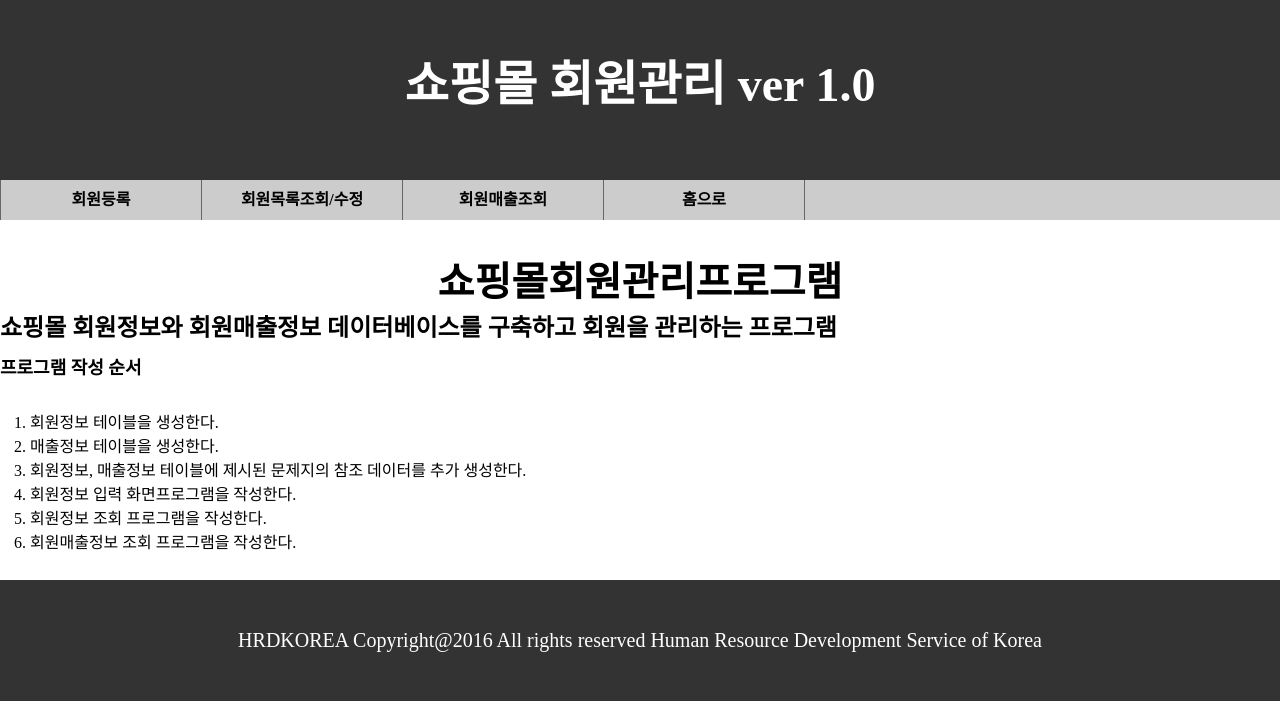
Repository: jsky1234/NCS
Page: http://localhost/HRD_1/admin.jsp
These files come from the project's save history. The page is drawn as it stood at one moment and after the next save; the edit follows.
The browser window is 1280 px wide. The pictures show the whole page.
The page is served by Tomcat 9. Other server files are loaded and not shown.

Above is the page before, as saved 2020-11-09 02:44:26.

### ncs1/HRD_1/WebContent/admin.jsp
<%@ page language="java" contentType="text/html; charset=UTF-8"
    pageEncoding="UTF-8"%>
<!DOCTYPE html>
<html>
<head>
<meta charset="UTF-8">
<title>관리자 모드로 로그인 중</title>
<style>
* { margin: 0; padding: 0; }
body, html { width: 100%; height: 100%; }
ul { list-style : none; }
a { text-decoration: none; }

button, label, input { outline: 0; border: 0; user-select: none; }
img { border: 0; }
ol { padding: 30px; }
.hd { clear: both; min-height: 180px; background-color: #333; }
.tit { font-size: 48px; text-align: center; line-height: 140px; color: #fff; padding-top: 15px;}
.gnb { clear: both; height: 40px; background-color: #cccccc; }
.gnb li { float: left; min-width: 120px; width: auto; }
.gnb a { display:block; text-align: center; line-height: 40px; width: 200px; height: 40px; color: #000000; font-weight: 700; border-left: 1px solid #666666; }
.gnb li:last-child { border-right: 1px solid #666666; }

.page { clear: both; padding: 30px 0 30px 0; }
.page_tit { text-align: center; font-size: 40px; }
.item_tit1 { font-size: 24px; }
.item_tit2 { font-size: 18px; margin-top: 10px;}

.ft { clear: both; position: absolute;  width: 100%; bottom: 0; min-height:80px; height: 140px; background-color: #333; }
.copyright { color: #fff; font-size: 20px; text-align: center; margin-top: 20px; line-height: 80px;}

</style>
</head>
<body>
<header class="hd">
	<h2 class="tit">쇼핑몰 회원관리 ver 1.0</h2>
</header>
<nav class="gnb">
	<ul>
		<li><a href="">회원등록</a></li>
		<li><a href="">회원목록조회/수정</a></li>
		<li><a href="">회원매출조회</a></li>
		<li><a href="">홈으로</a></li>
	</ul>
</nav>
<main class="content">
	<section class="page" id="page1">
		<h2 class="page_tit">쇼핑몰회원관리프로그램</h2>
		<div class="main_help">
			<h3 class="item_tit1">쇼핑몰 회원정보와 회원매출정보 데이터베이스를 구축하고 회원을 관리하는 프로그램</h3>
			<h3 class="item_tit2">프로그램 작성 순서</h3>
			<ol>
				<li>회원정보 테이블을 생성한다.</li>
				<li>매출정보 테이블을 생성한다.</li>
				<li>회원정보, 매출정보 테이블에 제시된 문제지의 참조 데이터를 추가 생성한다.</li>
				<li>회원정보 입력 화면프로그램을 작성한다.</li>
				<li>회원정보 조회 프로그램을 작성한다.</li>
				<li>회원매출정보 조회 프로그램을 작성한다.</li>
			</ol>
		</div>
	</section>
</main>
<footer class="ft">
	<div class="ft_wrap">
		<div class="admin_copy">
			<p class="copyright">HRDKOREA Copyright@2016 All rights reserved Human Resource Development Service of Korea</p>
		</div>
	</div>
</footer>
</body>
</html>

After the next save:
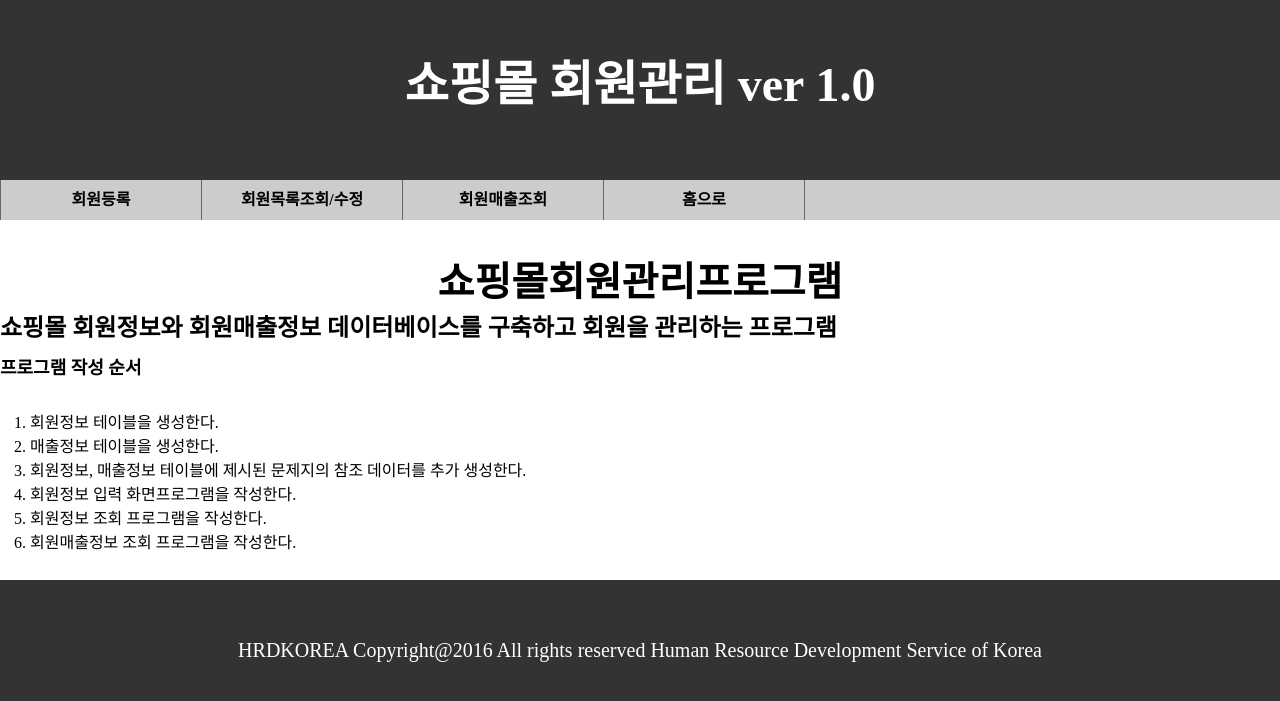
Saved 7 s later.
--- a/ncs1/HRD_1/WebContent/admin.jsp
+++ b/ncs1/HRD_1/WebContent/admin.jsp
@@ -27,7 +27,7 @@ ol { padding: 30px; }
 .item_tit2 { font-size: 18px; margin-top: 10px;}
 
 .ft { clear: both; position: absolute;  width: 100%; bottom: 0; min-height:80px; height: 140px; background-color: #333; }
-.copyright { color: #fff; font-size: 20px; text-align: center; margin-top: 20px; line-height: 80px;}
+.copyright { color: #fff; font-size: 20px; text-align: center; margin-top: 20px; line-height: 100px;}
 
 </style>
 </head>
